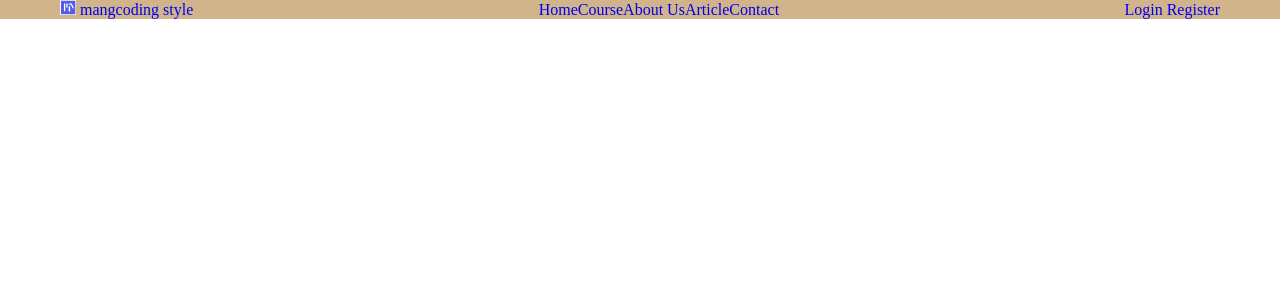
Repository: Dania-Alqam/landing-page
Page: index.html
The author's editor kept a copy of each file at every save. The page is drawn from the files as they stood at one save, then again after a run of saves.
The browser window is 1280 px wide. The pictures show the whole page.

Above is the page before, as saved 2024-06-21 19:18:29.

### index.html
<!DOCTYPE html>
<html lang="en">
  <head>
    <meta charset="UTF-8" />
    <meta name="viewport" content="width=device-width, initial-scale=1.0" />
    <title>Document</title>
    <link rel="stylesheet" href="./assests/css/main.css" />
    <link />
  </head>
  <body>
    <header class="header">
      <div class="container">
        <div class="row">
          <div class="logo">
            <img src="./assests/images/Logo.svg" alt="logo" />
            <a href="#">mangcoding style</a>
          </div>
          <nav class="nav">
            <ul>
              <li>
                <a href="#">Home</a>
              </li>
              <li>
                <a href="#">Course</a>
              </li>
              <li>
                <a href="#">About Us</a>
              </li>
              <li>
                <a href="#">Article</a>
              </li>
              <li>
                <a href="#">Contact</a>
              </li>
            </ul>
          </nav>
          <div class="auth">
            <a href="#">Login</a>
            <a href="#">Register</a>
          </div>
        </div>
      </div>
    </header>
  </body>
</html>

### assests/css/main.css
*{
    margin: 0;
    padding: 0;
    box-sizing: border-box;
}
a{
    text-decoration: none;
}
ul{
    list-style: none;
}
.container{
    /* width from fugma is 60px from each side*/
    width: calc(100% - 120px);
    margin: auto;
}

.header{
    /* it will not work becuase we added contianer so we add row*/
    /* display: flex; */
    background-color: tan
}

.row{
    display: flex;
    justify-content: space-between;
    align-items: center;
}

.nav ul{
    display: flex;
    gab:10px;
}

After the next 3 saves:
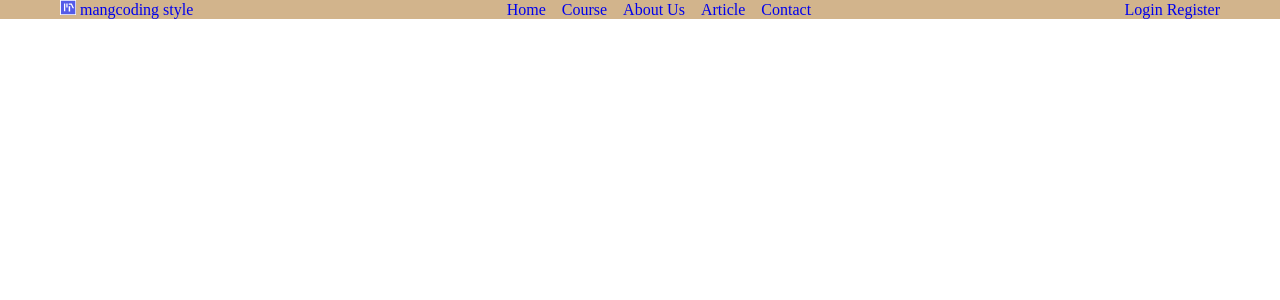
The 3 saves are shown as one change because they came seconds apart.
The last was saved 55 s later.
--- a/assests/css/main.css
+++ b/assests/css/main.css
@@ -29,5 +29,5 @@ ul{
 
 .nav ul{
     display: flex;
-    gab:10px;
+    gap: 16px;
 }
